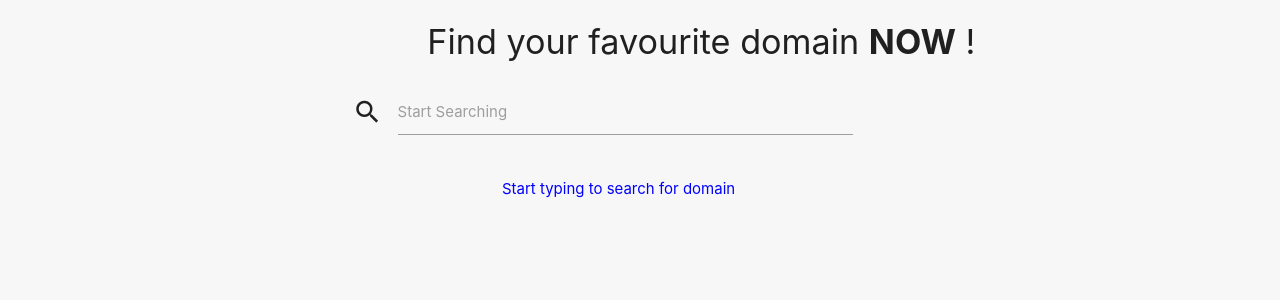
Repository: habib-urrehmaan/domain-name-searcher
Page: / (app in client/)
These files come from the project's save history. The page is drawn as it stood at one moment and after the next save; the edit follows.
The browser window is 1280 px wide. The pictures show the whole page.
The project was rebuilt for these pictures with package versions that can differ from the ones it lists, and the page was loaded fresh each time. Also part of the build but not shown: client/src/Suggested.js.

Above is the page before, as saved 2020-04-17 22:03:13.

After the next save:
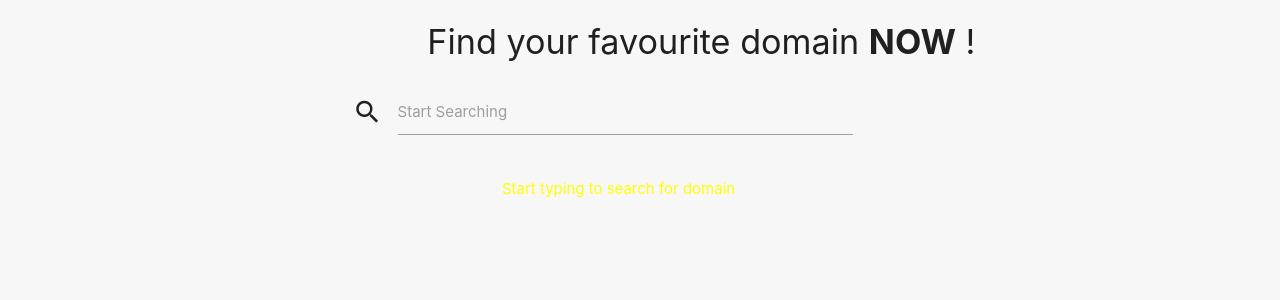
Saved 25 s later.
--- a/client/src/Output.css
+++ b/client/src/Output.css
@@ -8,5 +8,5 @@
 
 .info
 {
-    color:blue
+    color:yellow
 }
